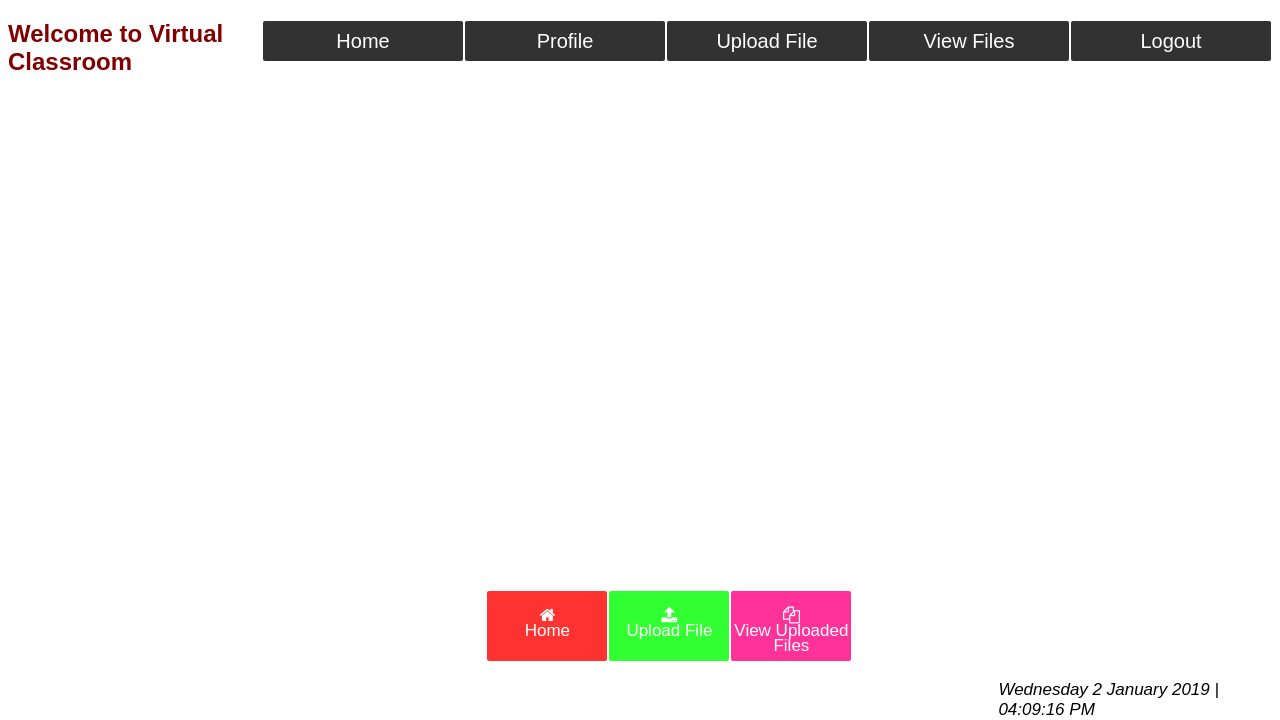
Repository: Rajendra1998/Virtual_classroom_mvc_project
Page: http://localhost/Virtual_classroom/Faculty_profile.jsp
The author's editor kept a copy of each file at every save. The page is drawn from the files as they stood at one save, then again after the next save.
The browser window is 1280 px wide. The pictures show the whole page.
The page is served by Tomcat 9.

Above is the page before, as saved 2019-01-12 20:48:48.
Not found: Virtual_classroom/Virtual_classroom/back.jpg

After the next save:
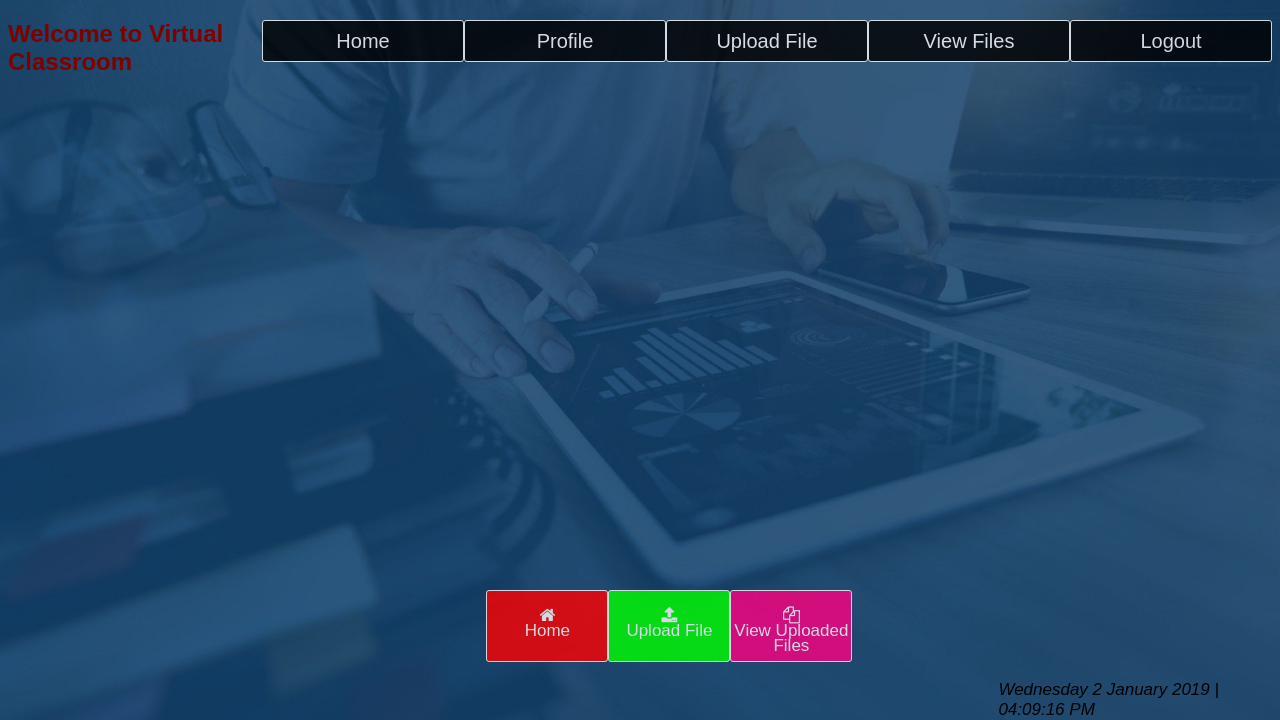
Saved 20 s later.
--- a/Virtual_classroom/WebContent/Faculty_profile.jsp
+++ b/Virtual_classroom/WebContent/Faculty_profile.jsp
@@ -9,7 +9,7 @@
 <link rel="stylesheet" href="https://maxcdn.bootstrapcdn.com/font-awesome/4.7.0/css/font-awesome.min.css">
 	<style type="text/css" rel="stylesheet">
 	body{
-		background-image:url(back.jpg);
+		background-image:url(bg1.jpeg);
 		background-repeat:no-repeat;
 	 	font-family:sans-serif;
 		background-size:cover;
